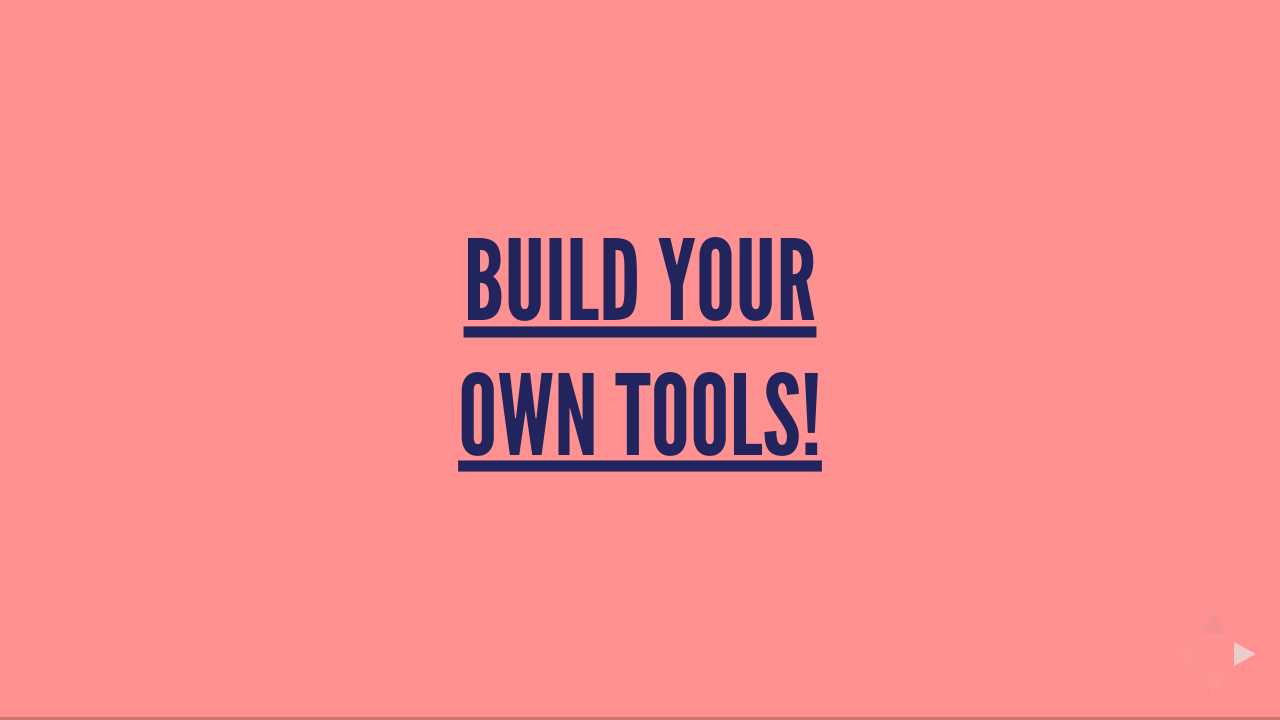
Repository: Blumed/Blumed.github.io
Page: index.html
An editor plug-in stored every save of this project. The page is shown before and after the next save, followed by the edit.
The browser window is 1280 px wide. The pictures show the whole page.
The style sheet was rebuilt from its Sass, Less or Tailwind sources for each picture, by a compiler version that may differ from the author's.

Above is the page before, as saved 2017-04-27 09:54:51.

After the next save:
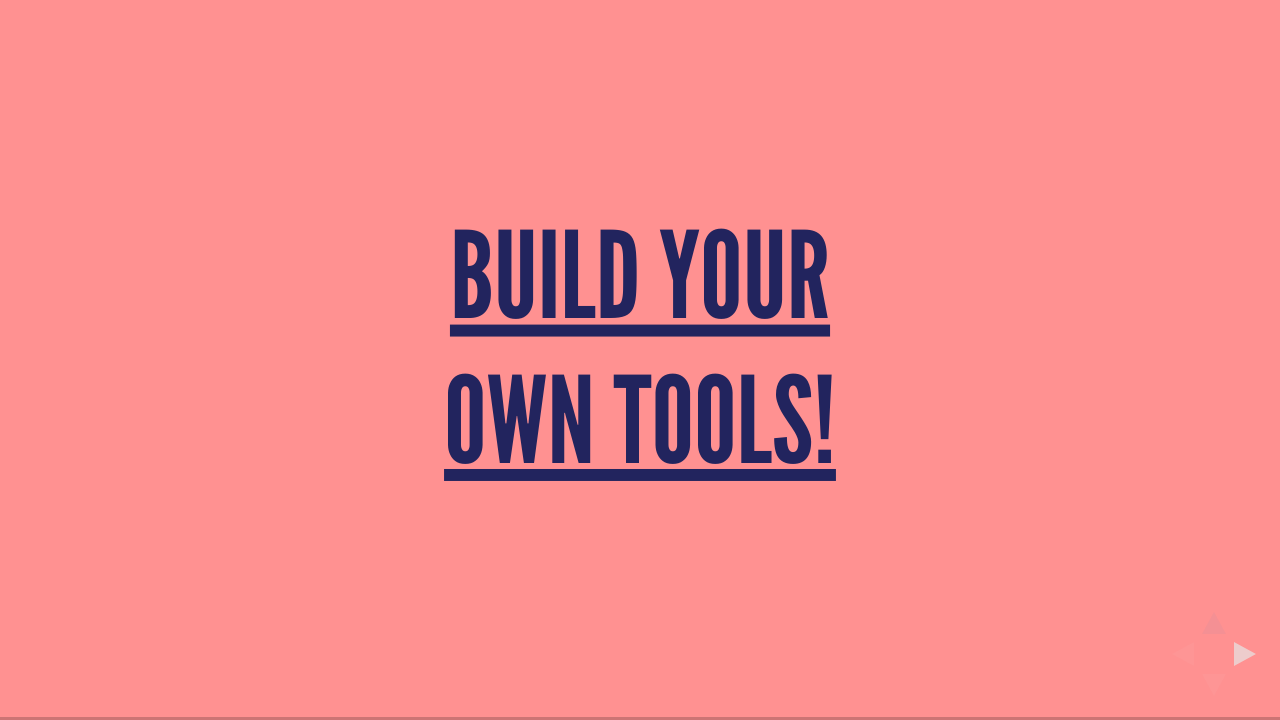
Saved 14 s later.
--- a/css/theme/source/cullan.scss
+++ b/css/theme/source/cullan.scss
@@ -110,7 +110,7 @@
    animation-name: heartbeat;
   animation-timing-function: ease-in-out;
   animation-iteration-count: infinite;
-  animation-duration: 1s;
+  animation-duration: 3s;
   animation-direction: alternate;
 }
 
